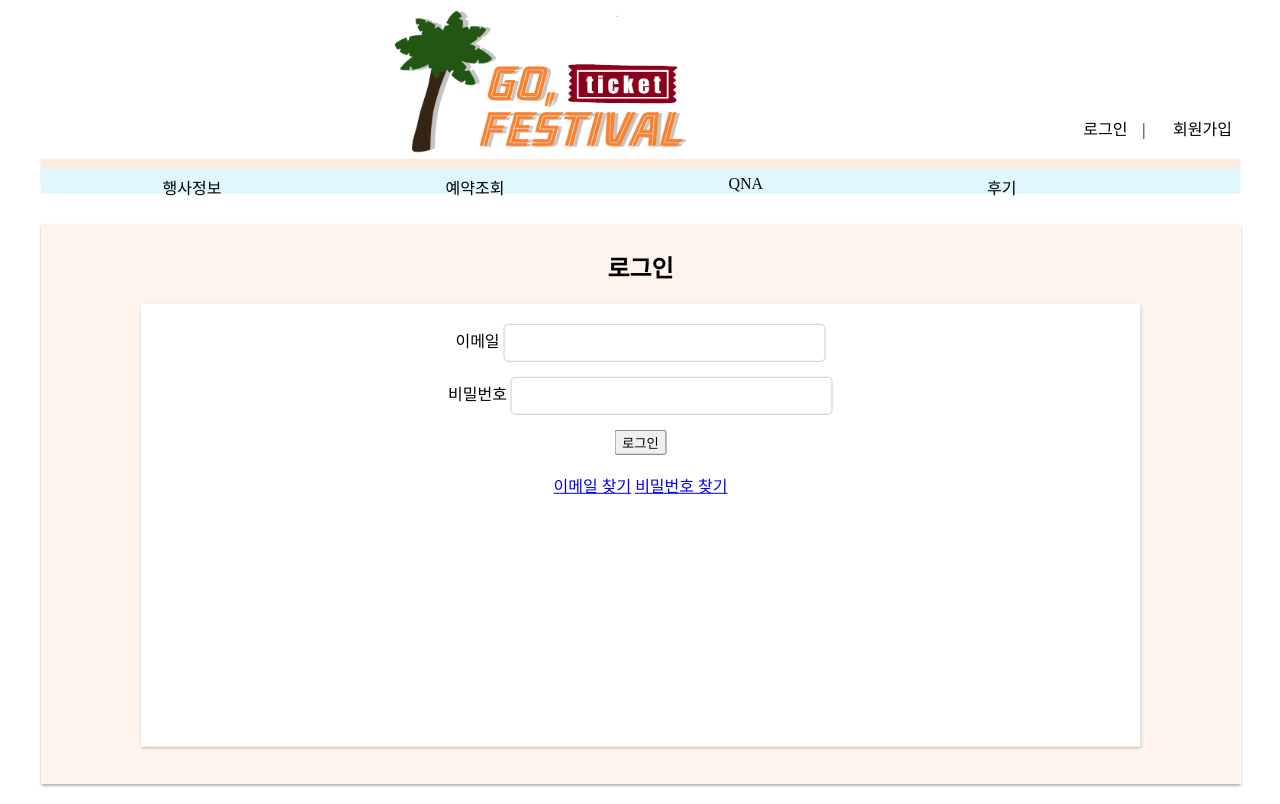
Repository: Changgyu1/Chang_Gu
Page: http://localhost/Project/login.jsp
An editor plug-in stored every save of this project. The page is shown before and after the next save, followed by the edit.
The browser window is 1280 px wide. The pictures show the whole page.
Some web fonts or font styles are not loaded; a fallback is used. The page is served by Tomcat 9.

Above is the page before, as saved 2023-11-16 08:06:39.

After the next save:
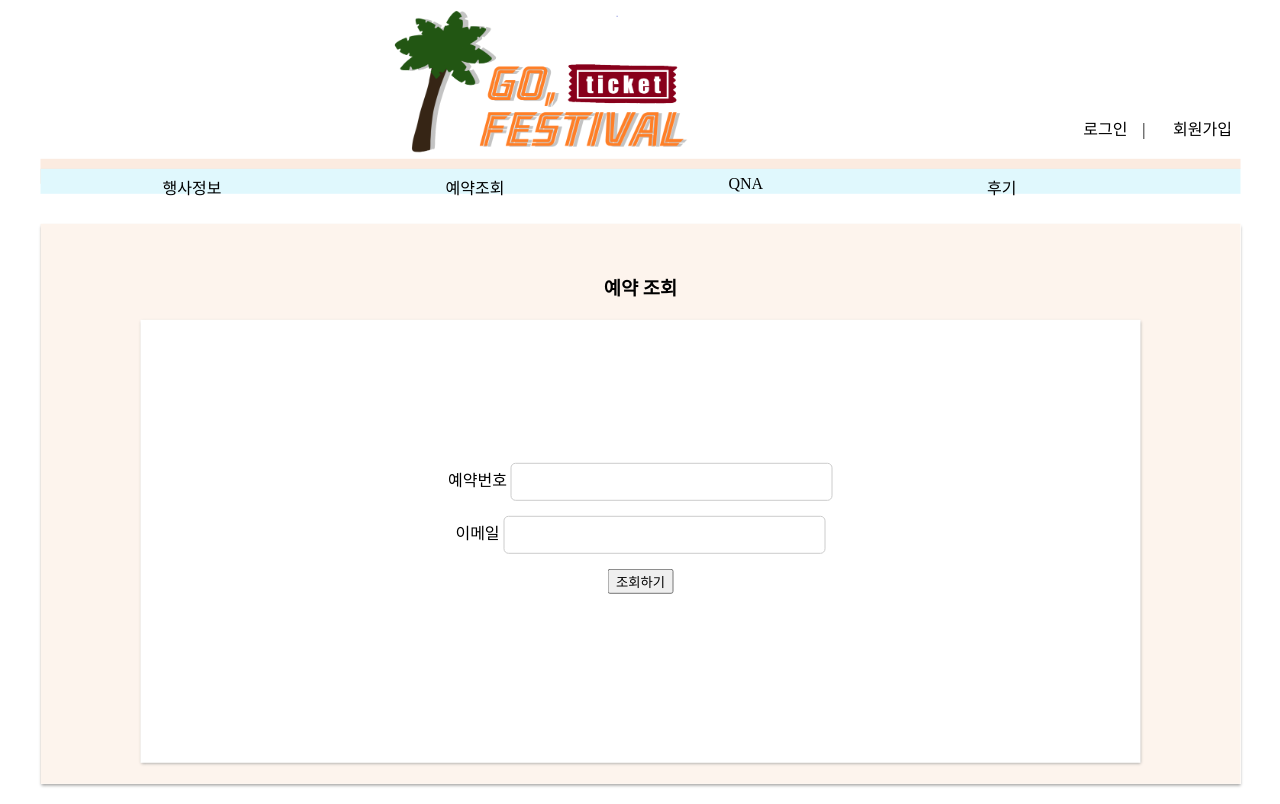
Saved 33 s later.
--- a/Project/src/main/webapp/login.jsp
+++ b/Project/src/main/webapp/login.jsp
@@ -47,19 +47,18 @@
 
 
 		<div id="background">
-			<h2 style="padding-top:15px">로그인</h2>
-<div id="reviewbox">
-            <form action="loginServlet" method="post">
-				<label for="email">이메일</label>
-				<input type="email" id="email" name="email" class="size" required><br>
-				<label for="password">비밀번호</label>
-				<input type="password" id="password" name="password" class="size" required><br>
-				<input type="submit" value="로그인"><br>
-			</form>
-				<br><a href="findEmail.jsp" class="alink">이메일 찾기</a>
-				<a href="findPassword.jsp" class="alink">비밀번호 찾기</a>
+			<h3 style="text-align: center; padding-top: 20px;">예약 조회</h3>
+			<div id="reviewbox">
+				<!-- 예약정보 조회란 -->
+				<div id="r_search">
+					<form action="reservation_info.jsp" method="post">
+						<label for="r_id">예약번호</label> <input type="text" id="r_id"
+							name="r_id" required><br> <label for="email">이메일</label>
+						<input type="email" id="email" name="email" required><br>
 
-        </div>
+						<input type="submit" value="조회하기">
+					</form>
+				</div>
 			</div>
 		</div>
 </body>
